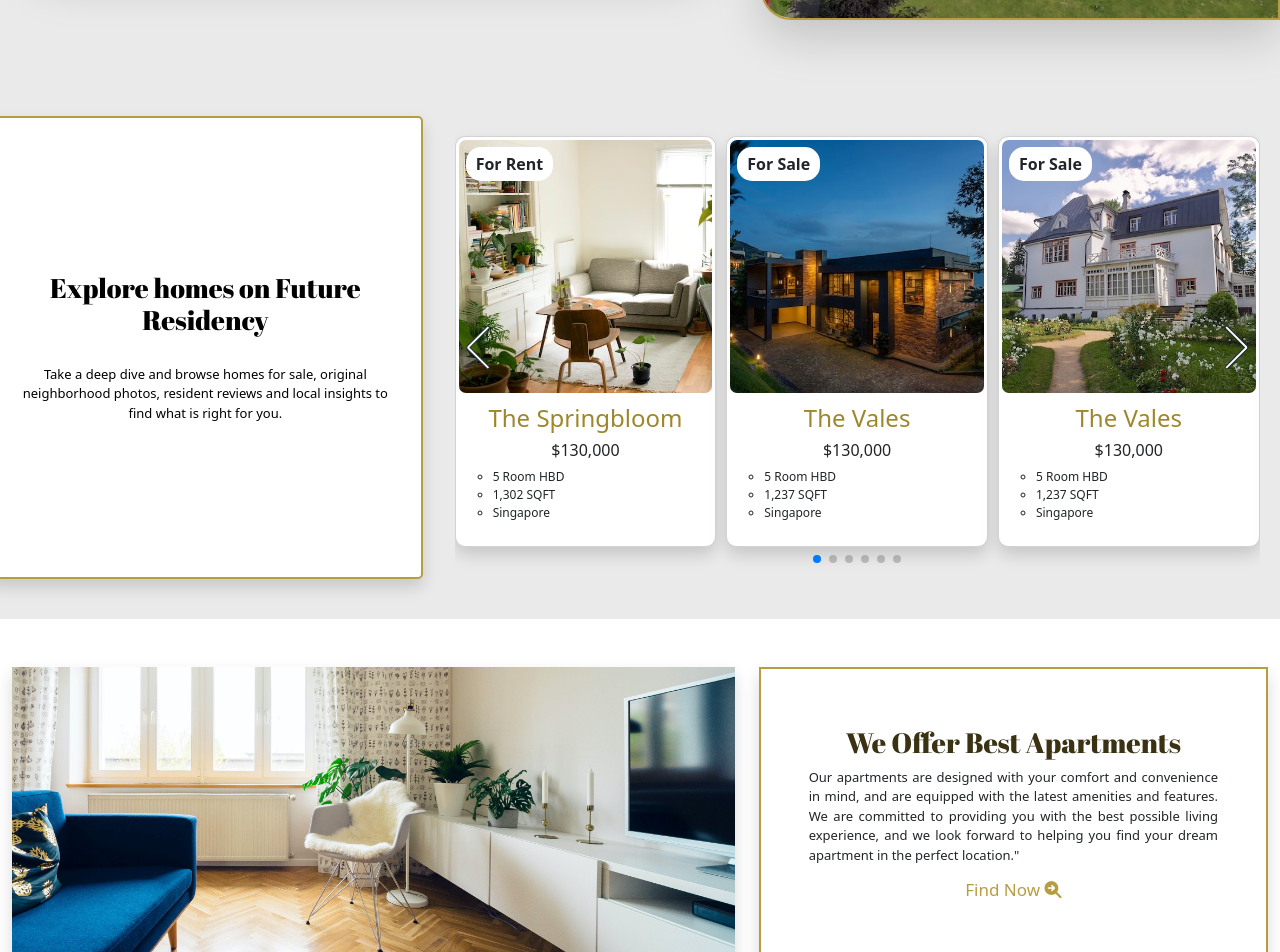
Repository: pyaestk/Future-residency
Page: index.html
The author's editor kept a copy of each file at every save. The page is drawn from the files as they stood at one save, then again after the next save.
The browser window is 1280 px wide. The pictures show the part of the page from y = 642 to 1594 px (the page is 2753 px tall).
Pictures or frames that could not be fetched are drawn as grey boxes.

Above is the page before, as saved 2022-12-15 16:46:12.

After the next save:
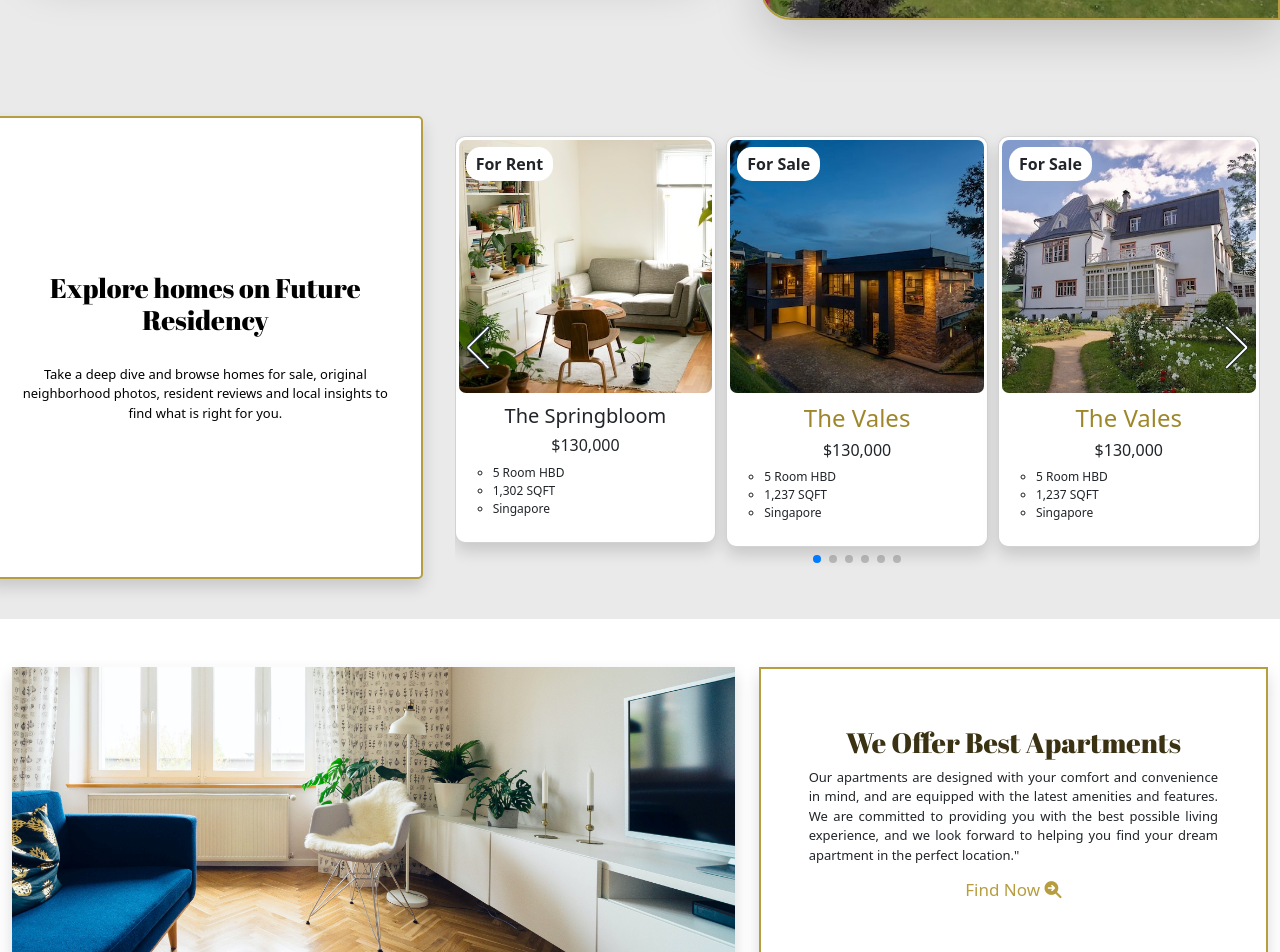
Saved 64 min 58 s later.
--- a/index.html
+++ b/index.html
@@ -199,7 +199,7 @@
                     <div class="salecard-body">
                       <div class="row">
                         <div class="col-md-12 text-center">
-                          <h4>The Springbloom</h4>
+                          <h5>The Springbloom</h5>
                           <h6>$130,000</h6>
                         </div>
                         <div class="col-md-12">
